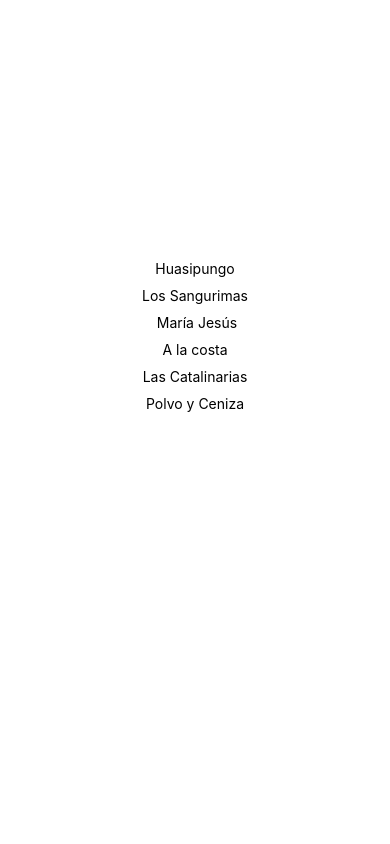
Repository: Henrybaio24/app-lista-libros
Screen: /
These files come from the project's save history. The screen is drawn as it stood at one moment and after a run of saves; the edit follows.
The app was drawn by React Native's web renderer in a window 390 px wide. The project was rebuilt for these pictures with package versions that can differ from the ones it lists, and the page was loaded fresh each time.

Above is the screen before, as saved 2020-02-03 20:14:05.

### App.js
import React, { Component } from 'react';
import {
  StyleSheet,
  Text,
  View,
  FlatList,
  H1,
} from 'react-native';

export default class EventList extends Component {
  state = {
    libros: []
  }

  componentDidMount() {
    const libros = require('./db.json').libros
    this.setState( { libros })
  }

  render() {
    return(

      <FlatList
        data={ this.state.libros }
        style={ styles.lista }
        renderItem={ ({ item }) =>
          <View style={styles.container}>
            <Text>{ item.nombre }</Text>
          </View>
        }
        keyExtractor={ item => item.id }
      />
    )
  }
}

const styles = StyleSheet.create({
  container: {
    paddingTop: 10,
    alignItems: 'center',
    justifyContent: 'center',
  },
  lista: {
    paddingTop: 250,
  },
});

### db.json
{
    "libros":
    [
        {
            "id": 1,
            "nombre": "Huasipungo",
            "autor": "Jorge Icaza",
            "año": 1960
        },
        {
            "id": 2,
            "nombre": "Los Sangurimas",
            "autor": "José de la Cuadra",
            "año": 1903
        },
        {
            "id": 3,
            "nombre": " María Jesús",
            "autor": "Medardo Ángel Silva",
            "año": 1950
        },
        {
            "id": 4,
            "nombre": "A la costa",
            "autor": " Luis Alfredo Martinez",
            "año": 1904
        },
        {
            "id": 5,
            "nombre": "Las Catalinarias",
            "autor": "Juan Montalvo",
            "año": 1832
        },
        {
            "id": 6,
            "nombre": "Polvo y Ceniza",
            "autor": "Eliécer Cárdenas",
            "año": 1950
        }
    ]
}

After the next 2 saves:
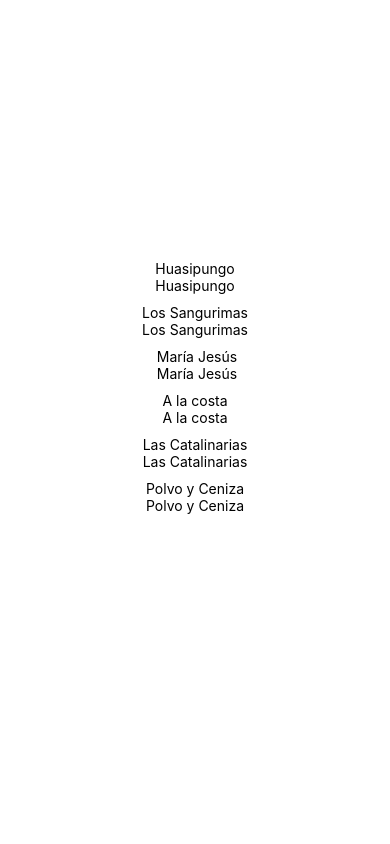
The 2 saves are shown as one change because they came seconds apart.
The last was saved 7 s later.
--- a/App.js
+++ b/App.js
@@ -26,6 +26,7 @@
         renderItem={ ({ item }) =>
           <View style={styles.container}>
             <Text>{ item.nombre }</Text>
+            <Text>{ item.nombre }</Text>
           </View>
         }
         keyExtractor={ item => item.id }
